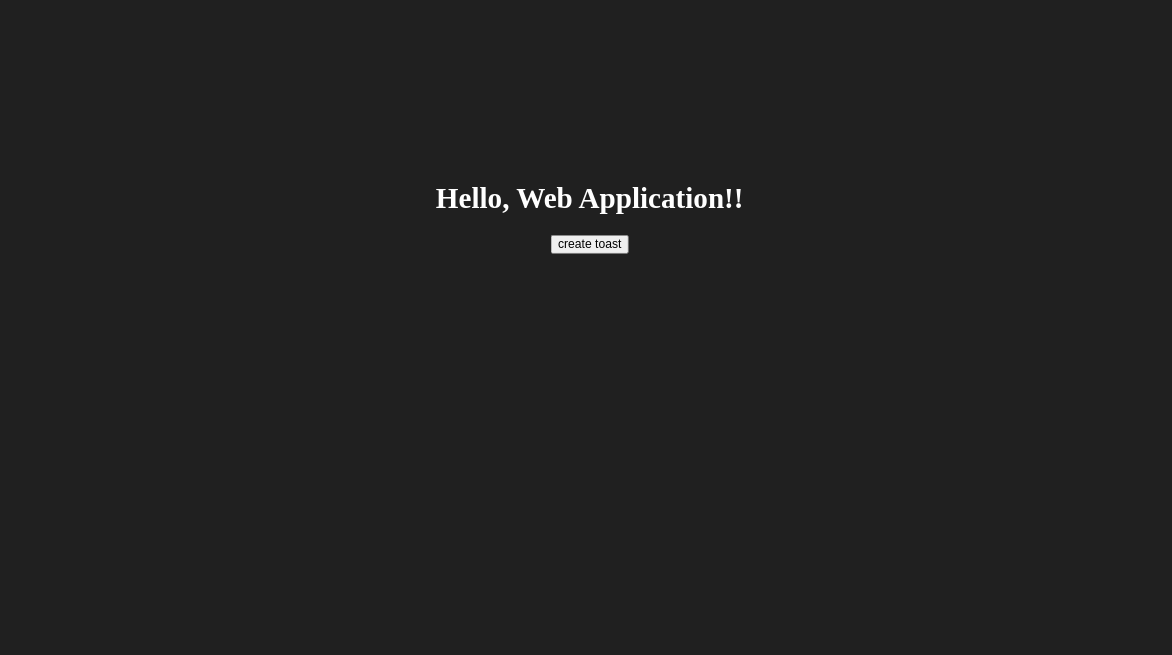
Repository: meanz1/SE_SleepWithMe
Page: SmartTVWorkspace_gram/myapp/index.html
These files come from the project's save history. The page is drawn as it stood at one moment and after the next save; the edit follows.
The browser window is 1280 px wide. The page is 1288 px wide, so the pictures cover 1288 px, including what lies to the right of the window. The pictures show the whole page, at 91% of full size.

Above is the page before, as saved 2021-11-17 16:50:44.
Console error: ReferenceError: WebOSServiceBridge is not defined

### SmartTVWorkspace_gram/myapp/index.html
<!--
Copyright (c) 2020 LG Electronics Inc.
SPDX-License-Identifier: Apache-2.0
-->

<!DOCTYPE html>
<html>
<head>
<title>Example Web App</title>
<style type="text/css">
    body {
        background-color:#202020;
        vertical-align: middle;
        height: 100%;
        width: 100%;
    }
    .top {
        margin-top: 200px;
    }
    .mid {
        text-align: center;
    }
    h1 {
        vertical-align: middle;
        text-align:center;
        color:#FFFFFF;
    }
</style>
<script type="text/javascript">
    var bridge = new WebOSServiceBridge();
    var cnt = 1;
    var count = 0
    var url = 'luna://com.webos.notification/createToast';
    var params = {
            "message":"Are you sleeping?"
        };
    var elseparams = {
    		"message":"not hello"
    };
    function toastCallback(msg) {
        console.log("before-parse-response");
        var response = JSON.parse(msg);
        console.log(response);
        cnt++;

    }
    createToast = setInterval(function(){
    		bridge.onservicecallback = toastCallback;
            console.log("before-bridge.call");
            bridge.call(url, JSON.stringify(params));
            console.log("after-bridge.call");
  			if(cnt==10){
  				clearInterval(createToast);
  			}

    }, 5000)


</script>
</head>
<body>
    <div class="top">
        <h1 id="txt_msg">Hello, Web Application!!</h1>
    </div>
    <div class="mid">
        <button onclick="createToast()">create toast</button>

    </div>
</body>
</html>

After the next save:
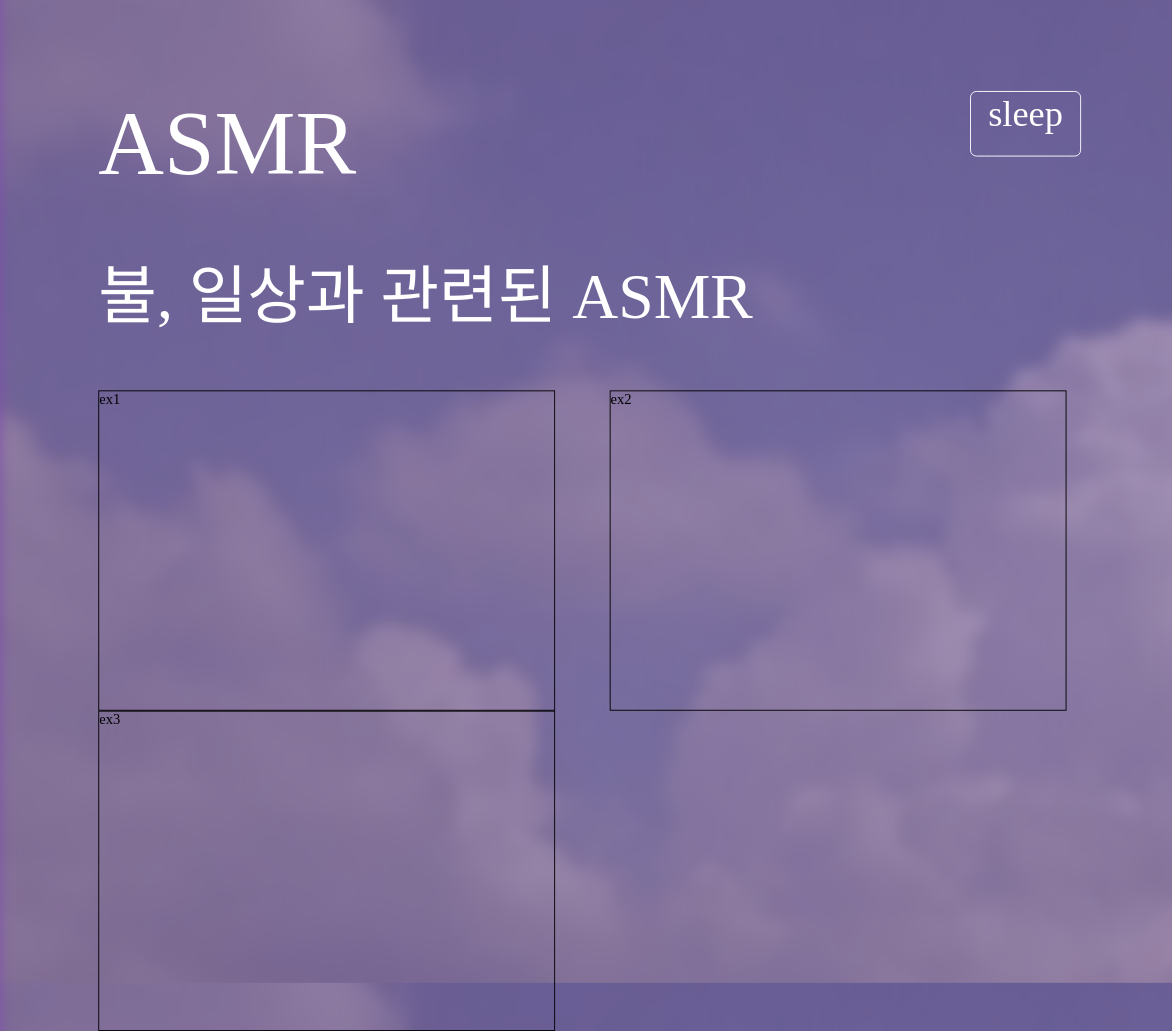
Saved 41 s later.
--- a/SmartTVWorkspace_gram/myapp/index.html
+++ b/SmartTVWorkspace_gram/myapp/index.html
@@ -9,26 +9,73 @@ SPDX-License-Identifier: Apache-2.0
 <title>Example Web App</title>
 <style type="text/css">
     body {
-        background-color:#202020;
-        vertical-align: middle;
+        background-image:url('bgimg.png');
+
         height: 100%;
         width: 100%;
     }
-    .top {
-        margin-top: 200px;
+    .up{
+    	margin-top: 100px;
+    	font-size: 100px;
+    	color: white;
     }
-    .mid {
-        text-align: center;
+    #title {
+
+    	margin-left: 100px;
+    	float: left;
+
     }
-    h1 {
-        vertical-align: middle;
-        text-align:center;
-        color:#FFFFFF;
+    #icon {
+    	vertical-align: middle;
+    	text-align: center;
+    	float: right;
+    	margin-right: 100px;
+    	width: 120px;
+    	border-radius: 7px;
+    	height: 70px;
+    	font-size: 40px;
+    	border: 1px solid white;
+
+
+    }
+    #txt_msg {
+    	font-size: 70px;
+    	margin-bottom: 60px;
+    	margin-top: 150px;
+    	color: white;
+    }
+    .video {
+    	margin-top: 45px;
+    	margin-left: 100px;
+    }
+    #v1 {
+    	float: left;
+    	margin-right: 60px;
+    	width: 500px;
+    	height: 350px;
+  		border: 1px solid black;
+
+    }
+    #v2 {
+    	float: left;
+    	margin-right: 60px;
+    	width: 500px;
+    	height: 350px;
+    	border: 1px solid black;
+    }
+    #v3 {
+    	float: left;
+    	margin-right: 60px;
+    	width: 500px;
+    	height: 350px;
+    	border: 1px solid black;
     }
 </style>
 <script type="text/javascript">
     var bridge = new WebOSServiceBridge();
     var cnt = 1;
+    var isPause = false;
+
     var count = 0
     var url = 'luna://com.webos.notification/createToast';
     var params = {
@@ -41,30 +88,48 @@ SPDX-License-Identifier: Apache-2.0
         console.log("before-parse-response");
         var response = JSON.parse(msg);
         console.log(response);
-        cnt++;
+
 
     }
-    createToast = setInterval(function(){
+    function sleeping(){
+
+    	document.getElementById("icon").style.backgroundColor = "black"
+
+    	createToast = setInterval(function(){
     		bridge.onservicecallback = toastCallback;
             console.log("before-bridge.call");
             bridge.call(url, JSON.stringify(params));
             console.log("after-bridge.call");
-  			if(cnt==10){
-  				clearInterval(createToast);
-  			}
+            cnt = cnt + 1;
+            count++;
+            if (count == 15){
+            	clearInterval(createToast);
 
-    }, 5000)
+            	document.getElementById("txt_msg").innerHTML="곧 꺼짐";
+
+            }
+
+
+    }, 4000)
+    }
+
 
 
 </script>
 </head>
 <body>
-    <div class="top">
-        <h1 id="txt_msg">Hello, Web Application!!</h1>
-    </div>
-    <div class="mid">
-        <button onclick="createToast()">create toast</button>
+	<div class="up">
+		<div id="title">ASMR</div>
+		<div id="icon" onclick="sleeping()">sleep</div>
+	</div>
 
-    </div>
+	<div class="video">
+		<br>
+		<div id="txt_msg">불, 일상과 관련된 ASMR</div>
+		<div id="v1">ex1</div>
+		<div id="v2">ex2</div>
+		<div id="v3">ex3</div>
+	</div>
+
 </body>
 </html>
